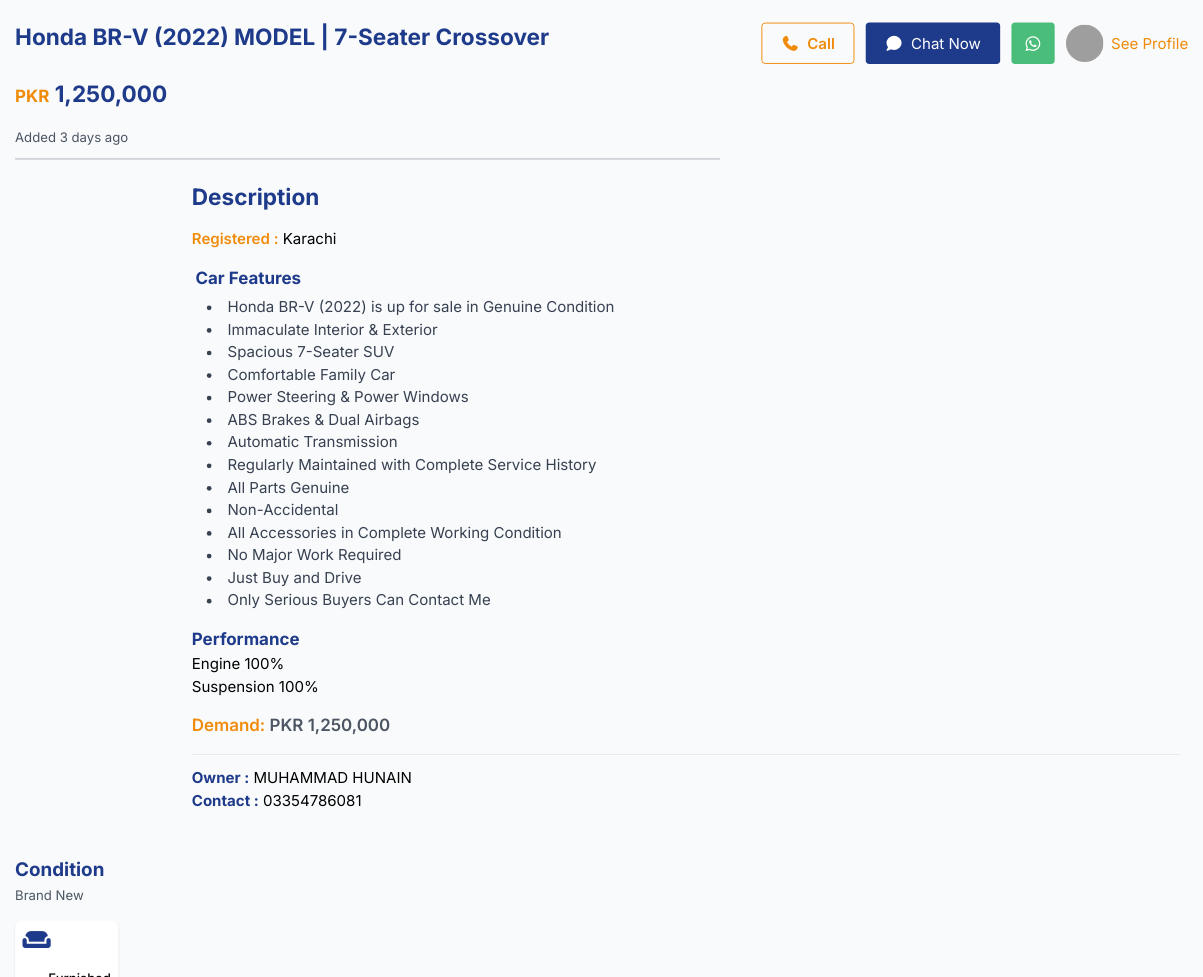
Repository: ARFA-SAEED/miljayega
Page: src/motorsPage/bikes_1.html
These files come from the project's save history. The page is drawn as it stood at one moment and after the next save; the edit follows.
The browser window is 1280 px wide. The pictures show the part of the page from y = 633 to 1672 px (the page is 2678 px tall before and 2654 px after), at 94% of full size.
Pictures or frames that could not be fetched are drawn as grey boxes. A picture or video elsewhere on the page could not be fetched, so the positions and the page height are approximate. Some web fonts or font styles are not loaded; a fallback is used. Some web libraries are served in a nearby version.

Above is the page before, as saved 2025-08-25 13:31:12.

### src/motorsPage/bikes_1.html
<!DOCTYPE html>
<html lang="en">

<head>
    <meta charset="utf-8" />
    <meta content="width=device-width, initial-scale=1.0" name="viewport" />
    <title>Miljaega.pk - Bikes 1</title>
    <script src="https://cdn.tailwindcss.com?plugins=forms,container-queries"></script>
    <link href="https://fonts.googleapis.com/css2?family=Inter:wght@400;500;600;700&display=swap" rel="stylesheet" />
    <link href="https://fonts.googleapis.com/css2?family=Poppins:wght@400;500;600;700&display=swap" rel="stylesheet" />
    <link href="https://fonts.googleapis.com/icon?family=Material+Icons" rel="stylesheet" />
    <link href="https://fonts.googleapis.com/css2?family=Lalezar&display=swap" rel="stylesheet">
    <link href="https://fonts.googleapis.com/css2?family=Noto+Nastaliq+Urdu&display=swap" rel="stylesheet">
    <script src="https://cdn.jsdelivr.net/npm/alpinejs@3.x.x/dist/cdn.min.js" defer></script>
    <script src="https://cdn.jsdelivr.net/npm/@tailwindcss/browser@4"></script>
    <link rel="stylesheet" href="./Css/miljaega-homepage.css">
    <!-- Font Awesome CDN -->
    <link href="https://cdnjs.cloudflare.com/ajax/libs/font-awesome/6.5.2/css/all.min.css" rel="stylesheet">

    <link rel="stylesheet" href="https://cdnjs.cloudflare.com/ajax/libs/font-awesome/7.0.0/css/all.min.css"
        integrity="sha512-DxV+EoADOkOygM4IR9yXP8Sb2qwgidEmeqAEmDKIOfPRQZOWbXCzLC6vjbZyy0vPisbH2SyW27+ddLVCN+OMzQ=="
        crossorigin="anonymous" referrerpolicy="no-referrer" />
</head>

<body class="bg-gray-50">

    <!-- Header -->
    <header class="bg-white shadow-sm fixed top-0 z-50 w-full">
        <div class="lg:mx-auto 2xl:mx-20 relative py-3 container px-4 sm:px-6">
            <div class="flex justify-between items-center py-3">
                <!-- Left: Logo -->
                <div class="flex-shrink-0">
                    <img src="../../../assets/images/logo.svg" alt="Logo" class="h-8 sm:h-10" />
                </div>

                <!-- Center Nav (Desktop) -->
                <nav
                    class="hidden xl:flex absolute 2xl:ms-[440px] left-1/2 transform -translate-x-1/2 space-x-6 text-sm font-medium text-gray-600">
                    <div class="flex justify-center mt-2">
                        <div class="inline-flex rounded-lg shadow-md bg-white overflow-hidden">
                            <a href="#"
                                class="px-6 py-3 text-sm font-medium text-white bg-blue-900 hover:bg-blue-900 transition duration-300 flex items-center">
                                <i class="fa-solid fa-list mr-2"></i> ALL
                            </a>
                            <a href="#"
                                class="px-6 py-3 text-sm font-medium text-pak-green hover:bg-[rgb(220,228,245)] flex items-center">
                                <i class="fa-solid fa-circle-plus mr-2"></i> NEW
                            </a>
                            <a href="#"
                                class="px-6 py-3 text-sm font-medium text-pak-green hover:bg-[rgb(220,228,245)] flex items-center">
                                <i class="fa-solid fa-recycle mr-2"></i> USED
                            </a>
                            <a href="#"
                                class="px-6 py-3 text-sm font-medium text-pak-green hover:bg-[rgb(220,228,245)] flex items-center">
                                <i class="fa-solid fa-key mr-2"></i> RENT
                            </a>
                            <a href="#"
                                class="px-6 py-3 text-sm font-medium text-pak-green hover:bg-[rgb(220,228,245)] flex items-center">
                                <i class="fa-solid fa-arrow-right-arrow-left mr-2"></i> Exchange
                            </a>
                        </div>
                    </div>
                </nav>

                <!-- Mobile Hamburger -->
                <button id="mobileMenuToggle" class="block xl:hidden text-gray-700 hover:text-primary-green">
                    <svg class="w-7 h-7" fill="none" stroke="currentColor" stroke-width="2" viewBox="0 0 24 24">
                        <path stroke-linecap="round" stroke-linejoin="round" d="M4 6h16M4 12h16M4 18h16"></path>
                    </svg>
                </button>
            </div>
        </div>
    </header>

    <!-- Mobile Menu -->
    <div id="mobileMenu"
        class="xl:hidden hidden bg-white shadow-md fixed top-[72px] left-0 right-0 z-40 max-h-[calc(100vh-72px)] overflow-y-auto">
        <div class="px-4 py-4 space-y-4 text-sm font-medium text-gray-700">
            <div class="flex justify-around text-center gap-2 flex-wrap">
                <a href="#" class="flex flex-col items-center gap-1 hover:text-primary-green">
                    <img src="./images/second-hand.png" class="w-6 h-6" /> Used
                </a>
                <a href="#" class="flex flex-col items-center gap-1 hover:text-primary-green">
                    <img src="./images/new.png" class="w-6 h-6" /> New
                </a>
                <a href="#" class="flex flex-col items-center gap-1 hover:text-primary-green">
                    <img src="./images/exchange.png" class="w-6 h-6" /> Exchange
                </a>
                <a href="#" class="flex flex-col items-center gap-1 hover:text-primary-green">
                    <img src="./images/rent.png" class="w-6 h-6" /> Rentals
                </a>
            </div>
        </div>
    </div>

    <!-- Spacer -->
    <div class="pt-[72px]"></div>

    <!-- Images Section -->
    <div class="container mx-auto px-4 mt-12">
        <div class="grid grid-cols-1 lg:grid-cols-2 gap-3">
            <div>
                <img class="w-full h-[250px] sm:h-[400px] lg:h-[513px] object-cover rounded-lg lg:rounded-l-[10px]"
                    src="https://auto.yugatech.com/wp-content/uploads/2022/09/2023-Honda-BRV-Main-2048x1024.jpg" alt="">
            </div>
            <div class="flex flex-col gap-3">
                <img class="w-full h-[200px] sm:h-[250px] object-cover rounded-lg lg:rounded-tr-[10px]"
                    src="https://hondaotodalat.com.vn/wp-content/uploads/2020/02/honda_BRV_hondaotovovankiet_vn_15.jpg"
                    alt="">
                <img class="w-full h-[200px] sm:h-[250px] object-cover rounded-lg lg:rounded-br-[10px]"
                    src="https://d31sro4iz4ob5n.cloudfront.net/upload/car/br-v-2024/feature/interior/br-v-2024-lhd-amplio-confort-y-versatilidad.jpg"
                    alt="">
            </div>
        </div>
    </div>

    <!-- Title & Buttons -->
    <div class="container mx-auto px-4 mt-6 flex flex-col lg:flex-row justify-between items-start gap-4">
        <h1 class="font-bold text-blue-900 text-xl lg:text-2xl">
            Honda BR-V (2022) MODEL | 7-Seater Crossover
        </h1>
        <div class="flex flex-wrap gap-3">
            <button class="border border-[#F08B0B] text-[#F08B0B] font-semibold rounded px-5 py-2 flex items-center">
                <i class="fa-solid fa-phone me-2"></i> Call
            </button>
            <button class="bg-blue-900 hover:bg-blue-800 text-white rounded px-5 py-2 flex items-center">
                <i class="fa-solid fa-comment me-2"></i> Chat Now
            </button>
            <button class="bg-[#4ABD7A] text-white rounded px-3 py-2 flex items-center">
                <i class="fa-brands fa-whatsapp text-lg"></i>
            </button>
            <div class="flex items-center gap-2">
                <img class="rounded-full h-10 w-10"
                    src="https://tse3.mm.bing.net/th/id/OIP.WpIMP_W3gb5bZ81rA-K2YgHaHa?pid=Api&P=0&h=220" alt="">
                <span class="text-[#F08B0B]">See Profile</span>
            </div>
        </div>
    </div>


    <!-- Price -->
    <div class="container mx-auto px-4 mt-4">
        <h1 class="text-blue-900 font-bold text-xl lg:text-2xl">
            <span class="text-lg text-[#F08B0B]">PKR</span> 1,250,000
        </h1>
        <p class="text-gray-600 text-sm mt-5 pb-3 border-b border-gray-300 border-b-2 w-[750px]">Added 3 days ago</p>
    </div>

    <div class=" p-6 ms-[180px] space-y-4">
        <h3 class="text-2xl font-bold text-blue-900">Description</h3>

        <p><span class="font-semibold text-[#F08B0B]">Registered :</span> Karachi</p>

        <ol class="list-style-type-non list-inside space-y-1 text-gray-700">
            <li><span class="font-bold text-lg ms-1 text-blue-900">Car Features</span></li>
            <ul class="list-disc  list-inside ml-4">
                <li>Honda BR-V (2022) is up for sale in Genuine Condition</li>
                <li>Immaculate Interior & Exterior</li>
                <li>Spacious 7-Seater SUV</li>
                <li>Comfortable Family Car</li>
                <li>Power Steering & Power Windows</li>
                <li>ABS Brakes & Dual Airbags</li>
                <li>Automatic Transmission</li>
                <li>Regularly Maintained with Complete Service History</li>
                <li>All Parts Genuine</li>
                <li>Non-Accidental</li>
                <li>All Accessories in Complete Working Condition</li>
                <li>No Major Work Required</li>
                <li>Just Buy and Drive</li>
                <li>Only Serious Buyers Can Contact Me</li>
            </ul>
        </ol>

        <div>
            <h4 class="font-bold text-blue-900 text-lg">Performance</h4>
            <p>Engine 100% <br> Suspension 100%</p>
        </div>

        <p class="text-lg font-semibold text-[#F08B0B]">Demand: <span class="text-gray-600">PKR 1,250,000</span></p>

        <div class="border-t pt-3">
            <p><span class="font-bold text-blue-900">Owner :</span> MUHAMMAD HUNAIN</p>
            <p><span class="font-bold text-blue-900 ">Contact :</span> 03354786081</p>
        </div>
    </div>


    <!-- Condition -->
    <div class="container mx-auto px-4 mt-6">
        <h1 class="text-blue-900 font-bold text-xl">Condition</h1>
        <span class="text-gray-600 text-sm">Brand New</span>
        <div class="relative mt-4 shadow rounded-lg h-20 w-[110px] bg-white p-3">
            <i class="fa-solid fa-couch text-blue-900 text-2xl absolute top-1 left-2"></i>
            <span class="absolute bottom-2 right-2 text-sm font-medium">Furnished</span>
        </div>
    </div>

    <!-- Location -->
    <div class="container mx-auto px-4 mt-6">
        <h1 class="text-blue-900 font-bold text-xl mb-3">Location and nearby facilities</h1>
        <div class="flex flex-wrap gap-4 mb-5">
            <button class="flex items-center gap-2 px-4 py-2 bg-white rounded-lg shadow-md">
                <i class="fa-solid fa-border-all text-[#F08B0B]"></i> All
            </button>
            <button class="flex items-center gap-2 px-4 py-2 bg-white rounded-lg shadow-md">
                <i class="fa-solid fa-school text-[#F08B0B]"></i> School
            </button>
            <button class="flex items-center gap-2 px-4 py-2 bg-white rounded-lg shadow-md">
                <i class="fa-solid fa-hospital text-[#F08B0B]"></i> Hospitals
            </button>
            <button class="flex items-center gap-2 px-4 py-2 bg-white rounded-lg shadow-md">
                <i class="fa-solid fa-utensils text-[#F08B0B]"></i> Restaurant
            </button>
        </div>
        <img src="https://png.pngtree.com/png-clipart/20230315/original/pngtree-map-location-pin-with-red-png-image_8989833.png"
            class="h-[300px] sm:h-[400px] mx-auto" alt="">
    </div>
    <footer class="bg-[#0C3168] text-white">
        <div class="container mx-auto px-4 sm:px-6 lg:px-8 py-10">

            <!-- ✅ Mobile/Tablet (sm, md, lg): 2 Rows Layout -->
            <div class="flex  flex-wrap gap-8 lg:hidden">
                <!-- Row 1: ABOUT US + MY ACCOUNT -->
                <div class="w-full flex   gap-8">
                    <!-- ABOUT US -->
                    <div class="w-full ms-10 md:ms-0 sm:w-1/2 text-left">
                        <ul class="leading-10">
                            <li class="font-bold text-xl mb-3">ABOUT US</li>
                            <li>FAQ</li>
                            <li>Anti Scam</li>
                            <li>Term of use</li>
                            <li>Privacy Policy</li>
                            <li>Contact Us</li>
                            <li>Sitemap</li>
                        </ul>
                    </div>
                    <!-- MY ACCOUNT -->
                    <div class="w-full ms-20 md:ms-60 sm:w-1/2 text-left">
                        <ul class="leading-10">
                            <li class="font-bold text-xl mb-3">MY ACCOUNT</li>
                            <li>Login</li>
                            <li>Register</li>
                        </ul>
                    </div>
                </div>

                <!-- Row 2: Miljaega + Social -->
                <div class="w-full flex gap-8 mt-5">
                    <!-- Miljaega -->
                    <div class="w-full sm:w-1/2 ms-10 md:ms-0 text-left">
                        <ul class="leading-10">
                            <li class="font-bold text-xl mb-3">Miljaega</li>
                            <li>Inspected by miljaega</li>
                            <li>Featured by miljaega</li>
                            <li>Recomended by miljaega</li>
                        </ul>
                    </div>
                    <!-- Social -->
                    <div class="w-full ms-20 md:ms-60  sm:w-1/2 text-left leading-15">
                        <ul>
                            <li class="font-bold text-xl  mb-3">FOLLOW US</li>
                        </ul>
                        <div class=" ms-8 md:ms-0 sm:flex-wrap md:flex mt-3 gap-5">
                            <img src="../../assets/images/fb.svg" class="h-10" alt="">
                            <img src="../../assets/images/insta.svg" class="h-10" alt="">
                            <img src="../../assets/images/twitter.svg" class="h-10" alt="">
                            <img src="../../assets/images/youtube.svg" class="h-10" alt="">
                        </div>
                    </div>
                </div>
            </div>

            <!-- ✅ XL and Up: Original 4-column Layout -->
            <div class="hidden lg:block lg:flex lg:justify-between xl:gap-8">
                <!-- ABOUT US -->
                <div class="w-full sm:w-1/2 xl:w-auto mb-5 xl:mb-0  xl:text-left">
                    <ul class="leading-10">
                        <li class="font-bold text-xl mb-3">ABOUT US</li>
                        <li>FAQ</li>
                        <li>Anti Scam</li>
                        <li>Term of use</li>
                        <li>Privacy Policy</li>
                        <li>Contact Us</li>
                        <li>Sitemap</li>
                    </ul>
                </div>
                <!-- MY ACCOUNT -->
                <div class="w-full sm:w-1/2 xl:w-auto text-left mb-5 xl:mb-0">
                    <ul class="leading-10">
                        <li class="font-bold text-xl mb-3">MY ACCOUNT</li>
                        <li>Login</li>
                        <li>Register</li>
                    </ul>
                </div>
                <!-- Miljaega -->
                <div class="w-full sm:w-1/2 xl:w-auto mb-5 xl:mb-0 text-left">
                    <ul class="leading-10">
                        <li class="font-bold text-xl mb-3">Miljaega</li>
                        <li>Inspected by miljaega</li>
                        <li>Featured by miljaega</li>
                        <li>Recomended by miljaega</li>
                    </ul>
                </div>
                <!-- Social -->
                <div class="w-full sm:w-1/2 xl:w-auto text-left mb-5 xl:mb-0 leading-15">
                    <ul>
                        <li class="font-bold text-xl mb-3">FOLLOW US</li>
                    </ul>
                    <div class="flex  ustify-start mt-3 gap-5">
                        <img src="../../assets/images/fb.svg" class="h-10" alt="">
                        <img src="../../assets/images/insta.svg" class="h-10" alt="">
                        <img src="../../assets/images/twitter.svg" class="h-10" alt="">
                        <img src="../../assets/images/youtube.svg" class="h-10" alt="">
                    </div>
                </div>
            </div>

            <!-- Footer bottom -->
            <div class="text-center border-t-2 border-white mt-10 pt-5 text-sm">
                <p>© Copyright 2025 Miljaega <br>Powered by The Tech Creators</p>
            </div>
        </div>
    </footer>

    <script>
        // Mobile menu toggle
        document.addEventListener("DOMContentLoaded", () => {
            const toggleBtn = document.getElementById("mobileMenuToggle");
            const mobileMenu = document.getElementById("mobileMenu");
            toggleBtn.addEventListener("click", () => {
                mobileMenu.classList.toggle("hidden");
            });
        });
    </script>

</body>

</html>

### assets/Css/miljaega-homepage.css
 :root {
   --primary-green: #0B6847;
 }

 body {
   font-family: 'Inter', sans-serif;
   background-color: #f8fafc;
 }

 .text-primary-green {
   color: var(--primary-green);
 }

 .bg-primary-green {
   background-color: #003E3E;
 }

 .border-primary-green {
   border-color: var(--primary-green);
 }

 .card {
   @apply bg-white rounded-lg shadow-[0_4px_6px_-1px_rgba(0, 0, 0, 0.1), 0_2px_4px_-2px_rgba(0, 0, 0, 0.1)] transition-transform duration-200;
 }

 .card:hover {
   transform: translateY(-5px);
 }

 .verified-badge {
   @apply text-blue-600 text-base;
 }


 /* Sell Button */
 ._520955ba {
   position: relative;
   overflow: hidden;
   border-radius: 4px;
 }

 header {
   z-index: 100;
 }

 .fbf39733 {
   background-color: #ffffff;
   /* Green background */
   border: none;
   cursor: pointer;
 }

 ._6257aca6 {
   object-fit: contain;
   z-index: 1;
 }


 ._948d9e0a {
   position: relative;
   z-index: 2;
 }

 ._27a68d65 {
   display: flex;
   align-items: center;
 }

 .b2e0090c {
   padding: 8px 16px;
 }

 ._371e9918 {
   color: white;
 }

 ._6041419a {
   margin-right: 8px;
 }

 ._8206696c {
   font-weight: 900;
 }

 .b7af14b4 {
   font-size: 12px;
 }

 .dd240920 {
   line-height: 1.5;
 }

 @import url('https://fonts.googleapis.com/css2?family=Inter:wght@300;400;500;600;700&display=swap');

 body {
   font-family: 'Inter', sans-serif;

 }

 .card-hover {
   transition: all 0.3s ease;
   box-shadow: 0 4px 6px rgba(0, 0, 0, 0.05);
 }

 .card-hover:hover {
   transform: translateY(-5px);
   box-shadow: 0 10px 25px rgba(0, 0, 0, 0.1);
 }

 .image-hover {
   transition: transform 0.5s ease;
 }

 .status-dot {
   position: absolute;
   bottom: 5px;
   right: 10px;
   width: 12px;
   height: 12px;
   background-color: #1dbf73;
   border: 2px solid white;
   border-radius: 50%;
   z-index: 10;
   box-shadow: 0 0 0 2px rgba(29, 191, 115, 0.3);
 }

 .status-pulse {
   position: absolute;
   bottom: -1px;
   right: -1px;
   width: 16px;
   height: 16px;
   background-color: rgba(29, 191, 115, 0.4);
   border-radius: 50%;
   z-index: 5;
   animation: pulse 1.5s infinite;
 }

 @keyframes pulse {
   0% {
     transform: scale(0.8);
     opacity: 0.7;
   }

   70% {
     transform: scale(1.5);
     opacity: 0;
   }

   100% {
     transform: scale(0.8);
     opacity: 0;
   }
 }

 .star-container {
   display: inline-flex;
   align-items: center;
   margin-left: -8px;
 }

 .star-full {
   color: #f2880f;
   position: relative;
 }

 .star-full::before {
   content: "★";
   position: absolute;
   color: white;
   font-size: 15px;
   top: 2px;
   left: 2px;
 }

 .star-half {
   position: relative;
   width: 20px;
   height: 20px;
 }

 .star-half-left {
   position: absolute;
   left: 0;
   width: 50%;
   height: 100%;
   background: #ff643d;
   border-top-left-radius: 3px;
   border-bottom-left-radius: 3px;
 }

 .star-half-right {
   position: absolute;
   right: 0;
   width: 50%;
   height: 100%;
   background: rgba(200, 201, 202, 0.48);
   border-top-right-radius: 3px;
   border-bottom-right-radius: 3px;
 }

 .star-half::before {
   content: "★";
   position: absolute;
   color: white;
   font-size: 15px;
   top: 2px;
   left: 2px;
   z-index: 10;
 }

 .badge {
   transition: all 0.3s ease;
 }

 .badge:hover {
   transform: scale(1.05);
 }

 .arrow-tab {
   position: relative;
   padding: 0.75rem 2rem;
   display: flex;
   align-items: center;
   justify-content: center;
   clip-path: polygon(0 0, calc(100% - 20px) 0, 100% 50%, calc(100% - 20px) 100%, 0 100%, 20px 50%);
   margin-left: -18px;
   cursor: pointer;
   transition: all 0.2s ease;
 }

 .arrow-tab:first-child {
   clip-path: polygon(0 0, calc(100% - 20px) 0, 100% 50%, calc(100% - 20px) 100%, 0 100%);
   margin-left: 0;
   padding-left: 3rem;
 }

 .arrow-tab.active {
   background-color: #1e3a8a;
   /* Tailwind's blue-900 */
   color: white;
   z-index: 10;
 }

 .arrow-tab:not(.active):hover {
   background-color: #ced8f3;
   /* Light gray on hover */
 }

 @media (min-width: 1024px) and (max-width: 1028px) {
   .custom-mt {
     margin-top: 10px;
     /* Equivalent to mt-9 */
   }
 }

 .thumbnail {
   transition: all 0.2s ease;
 }

 .thumbnail:hover {
   transform: scale(1.05);
   box-shadow: 0 0 5px rgba(59, 130, 246, 0.5);
 }

 #main-image {
   transition: opacity 0.3s ease;
 }



 .scrollbar-hide::-webkit-scrollbar {
   display: none;
 }

 .scrollbar-hide {
   -ms-overflow-style: none;
   scrollbar-width: none;
 }

 .search-dropdown {
   display: none;
   position: absolute;
   top: 100%;
   /* directly below input */
   left: 0;
   width: 100%;
   max-height: 400px;
   overflow-y: auto;
   /* only scroll when necessary */
   z-index: 999999;
   /* way above all site content */
   background: white;
   border: 1px solid #e5e7eb;
   border-radius: 0.5rem;
   box-shadow: 0 4px 6px -1px rgba(0, 0, 0, 0.1),
     0 2px 4px -1px rgba(0, 0, 0, 0.06);
 }

 .search-dropdown-section {
   padding-left: 13px;
   padding-right: 13px;
   padding-bottom: 10px;

 }

 .search-dropdown-section:last-child {
   border-bottom: none;
 }

 .search-dropdown-item {
   padding: 0.5rem;
   cursor: pointer;
   border-radius: 0.25rem;
   background-color: white;
 }

After the next save:
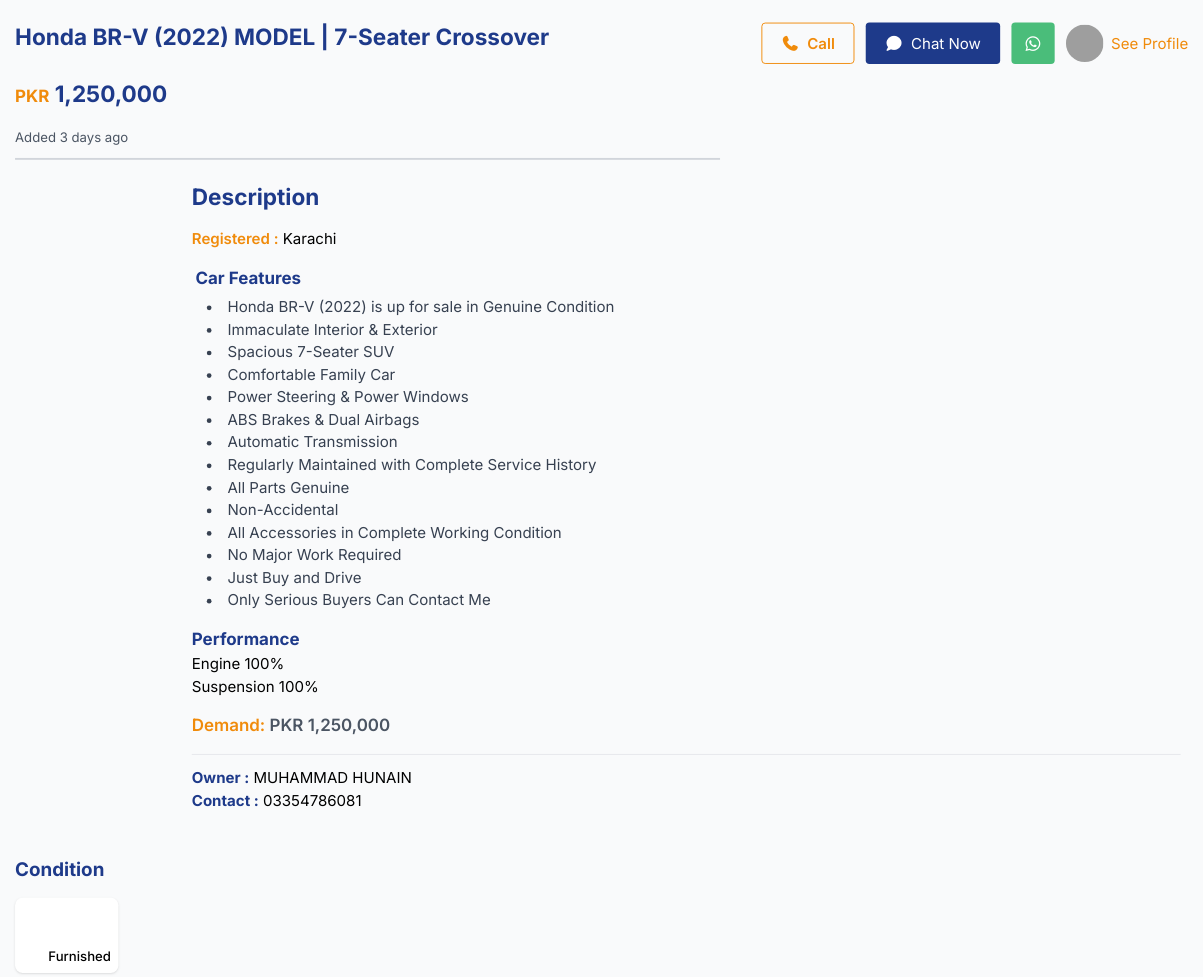
Saved 22 s later.
--- a/src/motorsPage/bikes_1.html
+++ b/src/motorsPage/bikes_1.html
@@ -188,9 +188,9 @@
     <!-- Condition -->
     <div class="container mx-auto px-4 mt-6">
         <h1 class="text-blue-900 font-bold text-xl">Condition</h1>
-        <span class="text-gray-600 text-sm">Brand New</span>
+
         <div class="relative mt-4 shadow rounded-lg h-20 w-[110px] bg-white p-3">
-            <i class="fa-solid fa-couch text-blue-900 text-2xl absolute top-1 left-2"></i>
+
             <span class="absolute bottom-2 right-2 text-sm font-medium">Furnished</span>
         </div>
     </div>
